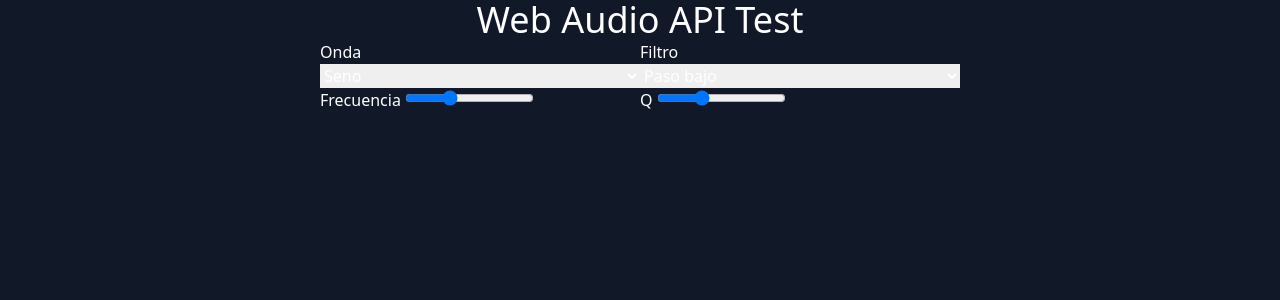
Repository: ibraidab/SONIDOS
Page: index4.html
These files come from the project's save history. The page is drawn as it stood at one moment and after a run of saves; the edit follows.
The browser window is 1280 px wide. The pictures show the whole page.

Above is the page before, as saved 2023-03-18 11:58:15.

After the next 2 saves:
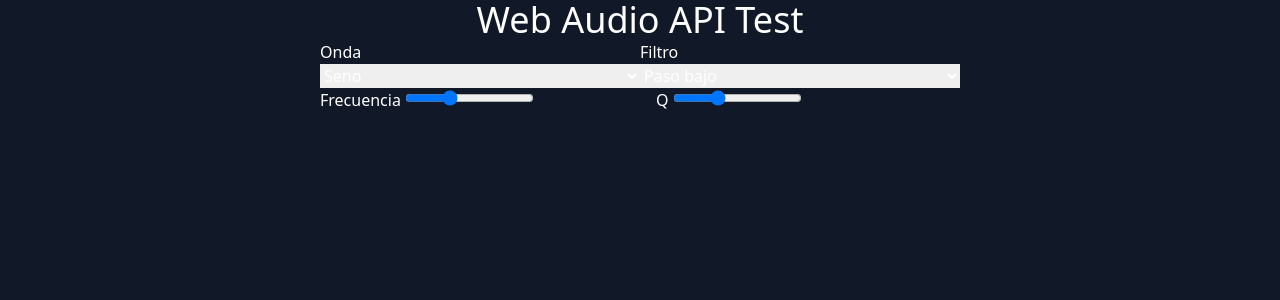
The 2 saves are shown as one change because they came seconds apart.
The last was saved 21 s later.
--- a/index4.html
+++ b/index4.html
@@ -172,7 +172,7 @@
             </select>
           </div>
         </div>
-        <div class="flex justify-center">
+        <div class="flex justify-center gap-8">
           <div class="w-1/2">
             <label for="filterFrequency">Frecuencia</label>
             <input id="filterFrequency" type="range" min="20" max="3000" value="1000" step="1" oninput="changeFilterFrequency()">
